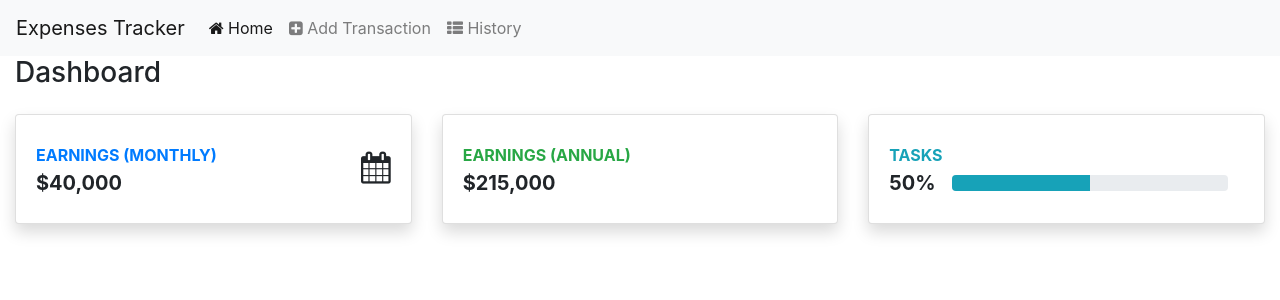
Repository: yucheng91/CI3-expenses-manager
Page: http://localhost/home
The author's editor kept a record of every edit. The page is drawn from the files as they stood at one moment, then again after the next edit.
The browser window is 1280 px wide. The pictures show the whole page.
The page is served by the project's application, run on Flask 3 (app.py). The database holds what the project's SQL file puts in it.

Above is the page before.

After the next edit:
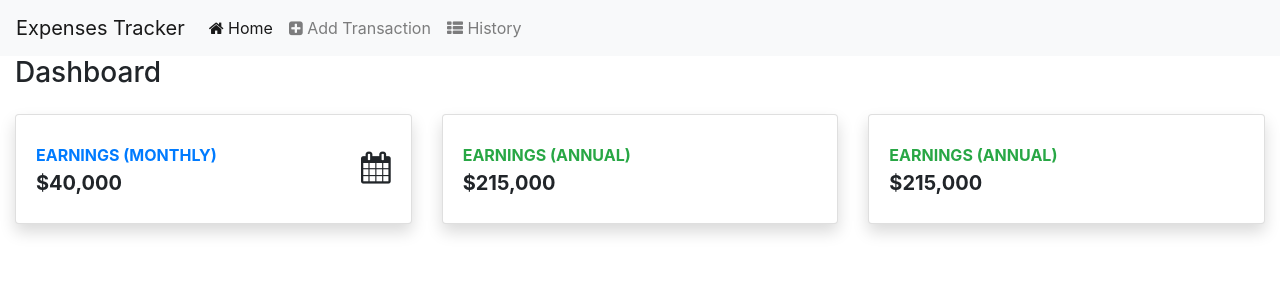
The edit:
--- a/templates/index.html
+++ b/templates/index.html
@@ -85,24 +85,15 @@
 
             <!-- Earnings (Monthly) Card Example -->
             <div class="col-xl-4 col-md-6 mb-4">
-              <div class="card border-left-info shadow h-100 py-2">
+              <div class="card border-left-success shadow h-100 py-2">
                 <div class="card-body">
                   <div class="row no-gutters align-items-center">
                     <div class="col mr-2">
-                      <div class="text-xs font-weight-bold text-info text-uppercase mb-1">Tasks</div>
-                      <div class="row no-gutters align-items-center">
-                        <div class="col-auto">
-                          <div class="h5 mb-0 mr-3 font-weight-bold text-gray-800">50%</div>
-                        </div>
-                        <div class="col">
-                          <div class="progress progress-sm mr-2">
-                            <div class="progress-bar bg-info" role="progressbar" style="width: 50%" aria-valuenow="50" aria-valuemin="0" aria-valuemax="100"></div>
-                          </div>
-                        </div>
-                      </div>
+                      <div class="text-xs font-weight-bold text-success text-uppercase mb-1">Earnings (Annual)</div>
+                      <div class="h5 mb-0 font-weight-bold text-gray-800">$215,000</div>
                     </div>
                     <div class="col-auto">
-                      <i class="fa fa-clipboard-list fa-2x text-gray-300"></i>
+                      <i class="fa fa-dollar-sign fa-2x text-gray-300"></i>
                     </div>
                   </div>
                 </div>
